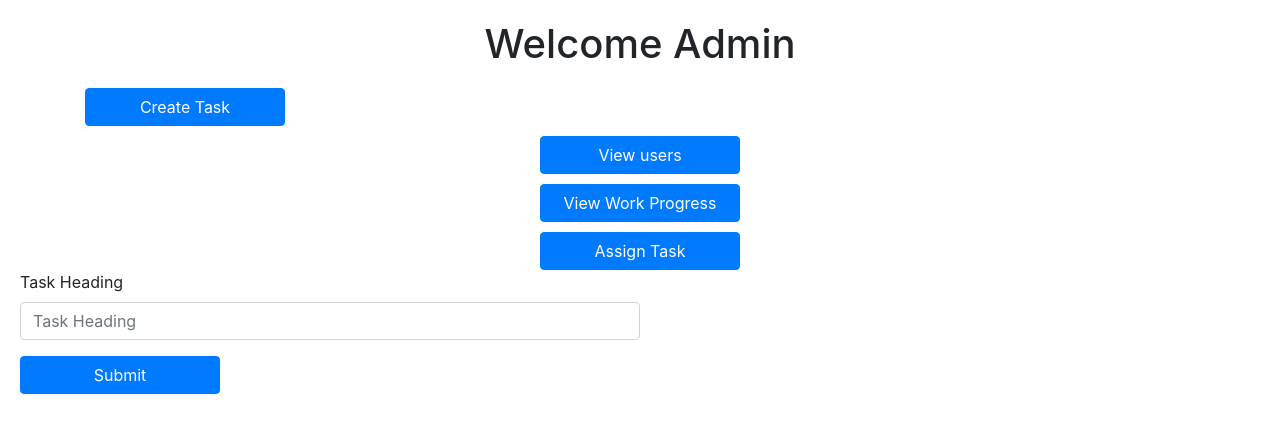
Repository: neha-rouniyar/taskmgmt
Page: http://localhost/admin-dashboard
An editor plug-in stored every save of this project. The page is shown before and after a run of saves, followed by the edit.
The browser window is 1280 px wide. The pictures show the whole page.
Some web libraries are served in a nearby version. The page is served by the project's Laravel application, run on PHP 8.4 with Laravel 10.

Above is the page before, as saved 2023-12-16 11:56:07.

After the next 2 saves:
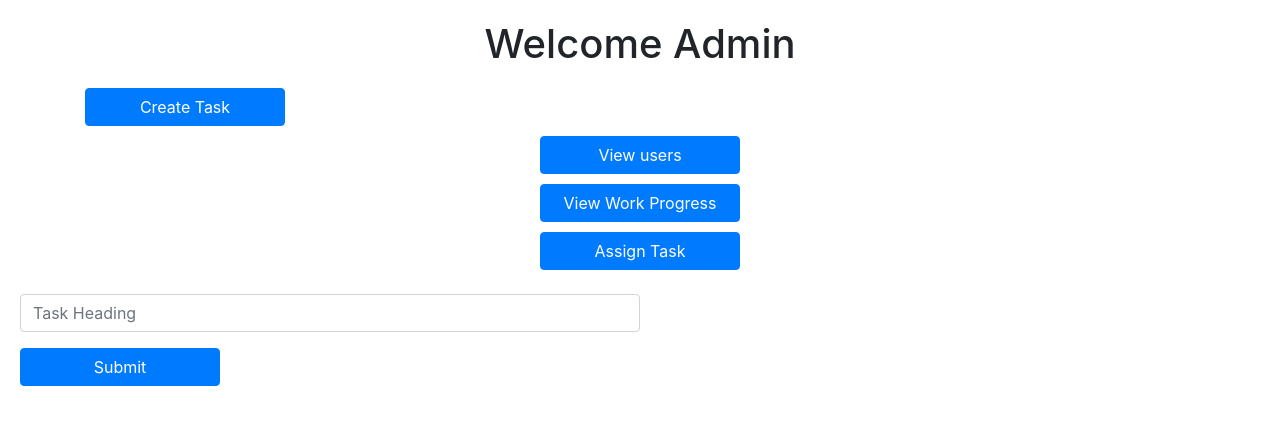
The 2 saves are shown as one change because they came seconds apart.
The last was saved 17 s later.
--- a/resources/views/admin/dashboard.blade.php
+++ b/resources/views/admin/dashboard.blade.php
@@ -55,7 +55,7 @@
         <div class="modal-dialog" role="document">
           <div class="modal-content">
             <div class="modal-header">
-              <h5 class="modal-title" id="exampleModalLabel">Modal title</h5>
+              <h5 class="modal-title" id="exampleModalLabel">Task Heading</h5>
               <button type="button" class="close" data-dismiss="modal" aria-label="Close">
                 <span aria-hidden="true">&times;</span>
               </button>
@@ -71,7 +71,7 @@
         </div>
       </div>
           <div class="form-group">
-            <label for="exampleInputEmail1">Task Heading</label>
+            <label for="exampleInputEmail1"></label>
             <input style="width: 50%" type="text" name="heading" class="form-control" id="exampleInputEmail1" aria-describedby="emailHelp" placeholder="Task Heading" required>
           </div>
           <button type="submit" class="btn btn-primary">Submit</button>
